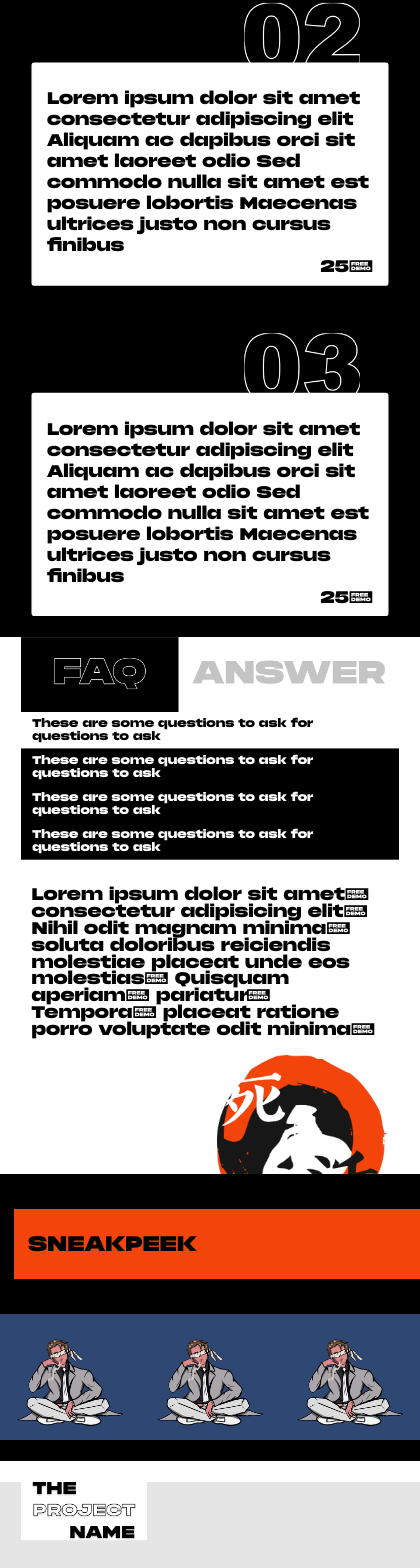
Repository: danishmahmoodawan/Sneakpeak
Page: /
An editor plug-in stored every save of this project. The page is shown before and after a run of saves, followed by the edit.
The browser window is 600 px wide. The pictures show the part of the page from y = 1523 to 3763 px (the page is 3763 px tall before and 3703 px after), at 70% of full size.
The project was rebuilt for these pictures with package versions that can differ from the ones it lists, and the page was loaded fresh each time.

Above is the page before, as saved 2022-02-28 22:43:42.

### public/index.html
<!DOCTYPE html>
<html lang="en">
  <head>
    <meta charset="utf-8" />
    <meta name="viewport" content="width=device-width, initial-scale=1" />
    <link rel="stylesheet" href="https://cdnjs.cloudflare.com/ajax/libs/twitter-bootstrap/4.6.0/css/bootstrap.min.css">
	<link rel="stylesheet" href="https://cdnjs.cloudflare.com/ajax/libs/font-awesome/5.15.4/css/all.min.css">
	<link rel="stylesheet" href="assets/css/style.css">
	<title>SneakPeak</title>
  </head>
  <body>
    <noscript>You need to enable JavaScript to run this app.</noscript>
    <div id="root"></div>
	<script src="https://cdnjs.cloudflare.com/ajax/libs/jquery/3.5.1/jquery.slim.min.js"></script>
	<script src="https://cdnjs.cloudflare.com/ajax/libs/popper.js/1.16.1/umd/popper.min.js"></script>
  <script src="https://cdnjs.cloudflare.com/ajax/libs/twitter-bootstrap/4.6.0/js/bootstrap.min.js"></script>
  <link rel="stylesheet" href="https://fonts.googleapis.com/css2?family=Inter:wght@100;200;300;400;500;600;700;800;900&display=swap"/>
  <link rel="stylesheet" href="https://fonts.googleapis.com/css2?family=VT323:wght@400&display=swap"/>
  </body>
</html>

### src/App.js
import Home from "./pages/Home";

function App() {
  return (
    <div>
      <Home />
    </div>
  );
}

export default App;

### src/pages/Home.js

import { useState, useEffect } from 'react';
function Home() {

  return (
   <>
 <section className="top_section">
            <div className="container">
                <div className="row">
                    <div className="col-12 text-center top_image">
                        <div className="social_div">
                            <img src="assets/images/ICON_INSTA24.png" alt="ICON_INSTA24" className="desktop_image"/>
                            <img src="assets/images/ICON_MEDIUM25.png" alt="ICON_MEDIUM25" className="desktop_image"/>
                            <img src="assets/images/ICON_OS26.png" alt="ICON_OS26" className="desktop_image"/>
                            <img src="assets/images/ICON_TWITTER27.png" alt="ICON_TWITTER27" className="desktop_image"/>
                            <img src="assets/images/ICON_DISCORD28.png" alt="ICON_DISCORD28" className="desktop_image"/>
                        </div>
                    </div>
                </div>
            </div>
        </section>
        <section className="first_section"></section>

        <section className="second_section">
            <div className="container">
                <div className="row d-flex align-items-center justify-content-center">
                    <div className="col-12 col-md-5 left_sec_col img_col">
                        <div className="row">
                          <div className="col-12 right_inner_sec_col row_set_whi">
                                <div className="row">
                                    <div className="col-4 col_white">
                                        <p>PRICE</p>
                                    </div>
                                    <div className="col-8 col_black">
                                        <p>0.15 Ξ</p>
                                    </div>
                                </div>
                                <div className="row">
                                    <div className="col-4 col_white">
                                        <p>TOTAL</p>
                                    </div>
                                    <div className="col-8 col_black">
                                        <p>1125 / 3333</p>
                                    </div>
                                </div>
                                <div className="row">
                                    <div className="col-4 col_white">
                                        <p>LIMIT</p>
                                    </div>
                                    <div className="col-8 col_black">
                                        <p>5 PER TX</p>
                                    </div>
                                </div>
                            </div>
                        </div>

                    </div>
                    <div className="col-12 col-md-2 left_sec_col text-center">
                        <div className="row"><div className="col-12 icon_size p-0"> <a href="#" target={{target:"_blank"}}> <svg xmlns="http://www.w3.org/2000/svg" width="50" height="40" fill="currentColor" className="bi bi-chevron-compact-up" viewBox="0 0 16 16">
  <path fill-rule="evenodd" d="M7.776 5.553a.5.5 0 0 1 .448 0l6 3a.5.5 0 1 1-.448.894L8 6.56 2.224 9.447a.5.5 0 1 1-.448-.894l6-3z"/>
</svg></a></div>
 </div>
                        <div className="row"><div className="col-12 icon_size p-0"><span className="counts"> 5 </span></div> </div>
                        <div className="row"><div className="col-12 icon_size p-0"><a href="#" target={{target:"_blank"}}> <svg xmlns="http://www.w3.org/2000/svg" width="50" height="40" fill="currentColor" className="bi bi-chevron-compact-down" viewBox="0 0 16 16">
  <path fill-rule="evenodd" d="M1.553 6.776a.5.5 0 0 1 .67-.223L8 9.44l5.776-2.888a.5.5 0 1 1 .448.894l-6 3a.5.5 0 0 1-.448 0l-6-3a.5.5 0 0 1-.223-.67z"/>
</svg></a></div>
 </div>
                    </div>
                    <div className="col-12 col-md-2 mintbtns right_col">
                    <button className=" m-2">MINT <br /> NOW</button>
                    </div>
                </div>
            </div>
        </section>

        <section className="third_section roadmapSec">
            <div className="container">
                <div className="row third_row">
                <div className="col-12 "><h1>ROADMAP</h1></div>
                 </div>
                 <div className="row set_map">
                 <div className="col-sm-12 col-md-4">
                 <div className="btn map_one maptwo btn-primary position-relative">
             <p>    Lorem ipsum dolor sit amet consectetur adipiscing elit Aliquam ac dapibus orci sit amet laoreet odio Sed commodo nulla sit amet est posuere lobortis Maecenas ultrices justo non cursus finibus </p>
  <span className="position-absolute top-0 start-100 translate-middle badge rounded-pill set_ict">
  <img src="assets/images/01.png" alt="PREVIEW_Artboard321293" className="desktop122_image" />
  </span>
  <p className="text-right">25%</p>
</div>
                 </div>
                 <div className="col-sm-12 col-md-4">
                 <div className="btn map_one maptwo btn-primary position-relative">
             <p>    Lorem ipsum dolor sit amet consectetur adipiscing elit Aliquam ac dapibus orci sit amet laoreet odio Sed commodo nulla sit amet est posuere lobortis Maecenas ultrices justo non cursus finibus </p>
  <span className="position-absolute top-0 start-100 translate-middle badge rounded-pill set_ict">
  <img src="assets/images/02.png" alt="PREVIEW_Artboard321293" className="desktop122_image" />
  </span>
  <p className="text-right">25%</p>
</div>
                 </div>
                 <div className="col-sm-12 col-md-4">
                 <div className="btn map_one maptwo btn-primary position-relative">
             <p>    Lorem ipsum dolor sit amet consectetur adipiscing elit Aliquam ac dapibus orci sit amet laoreet odio Sed commodo nulla sit amet est posuere lobortis Maecenas ultrices justo non cursus finibus </p>
  <span className="position-absolute top-0 start-100 translate-middle badge rounded-pill set_ict">
  <img src="assets/images/03.png" alt="PREVIEW_Artboard321293" className="desktop122_image" />
  </span>
  <p className="text-right">25%</p>
</div>
                 </div>
                 </div>
             </div>
        </section>
        <section className="forth_section faq_container">
            <div className="container">
            <div className="row">
            <div className="col-5 col-md-4 col_pading faq_col p-5">
            <img src="assets/images/faq.png" alt="PREVIEW_Artboard321293" className="desktop122_image" />
</div>
            <div className="col-7 col-md-8 anser p-5">
            <img src="assets/images/answer.png" alt="PREVIEW_Artboard321293" className="desktop122_image" />
            </div>
            </div>



<div className="row">
<div className="col-md-4 bg_link faq_tabss p-0">

    <ul className="nav md-pills pills-secondary d-flex flex-column">
      <li className="nav-item">
        <a className="nav-link active" data-toggle="tab" href="#panel11" role="tab">These are some questions to ask for questions to ask</a>
      </li>
      <li className="nav-item">
        <a className="nav-link" data-toggle="tab" href="#panel12" role="tab">These are some questions to ask for questions to ask</a>
      </li>
      <li className="nav-item">
        <a className="nav-link" data-toggle="tab" href="#panel13" role="tab">These are some questions to ask for questions to ask</a>
      </li>
      <li className="nav-item">
        <a className="nav-link" data-toggle="tab" href="#panel14" role="tab">These are some questions to ask for questions to ask</a>
      </li>
    </ul>

  </div>
  <div className="col-md-8 logo_ns">

    <div className="tab-content pt-0">

      <div className="tab-pane fade in show active" id="panel11" role="tabpanel">
        <br />

        <p>Lorem ipsum dolor sit amet, consectetur adipisicing elit. Nihil odit magnam minima, soluta doloribus
          reiciendis molestiae placeat unde eos molestias. Quisquam aperiam, pariatur. Tempora, placeat ratione
          porro voluptate odit minima.</p>
          <img src="assets/images/logo_set.png" alt="LOGO" className="desktop122_image" />


      </div>
      <div className="tab-pane fade" id="panel12" role="tabpanel">
        <br />

        <p>Lorem ipsum dolor sit amet, consectetur adipisicing elit. Nihil odit magnam minima, soluta doloribus
          reiciendis molestiae placeat unde eos molestias. Quisquam aperiam, pariatur. Tempora, placeat ratione
          porro voluptate odit minima.</p>
        <p>Lorem ipsum dolor sit amet, consectetur adipisicing elit. Nihil odit magnam minima, soluta doloribus
          reiciendis molestiae placeat unde eos molestias. Quisquam aperiam, pariatur. Tempora, placeat ratione
          porro voluptate odit minima.</p>

      </div>
      <div className="tab-pane fade" id="panel13" role="tabpanel">
        <br />

        <p>Lorem ipsum dolor sit amet, consectetur adipisicing elit. Nihil odit magnam minima, soluta doloribus
          reiciendis molestiae placeat unde eos molestias. Quisquam aperiam, pariatur. Tempora, placeat ratione
          porro voluptate odit minima.</p>
          <img src="assets/images/logo_set.png" alt="LOGO" className="desktop122_image" />


      </div>
      <div className="tab-pane fade" id="panel14" role="tabpanel">
        <br />

        <p>Lorem ipsum dolor sit amet, consectetur adipisicing elit. Nihil odit magnam minima, soluta doloribus
          reiciendis molestiae placeat unde eos molestias. Quisquam aperiam, pariatur. Tempora, placeat ratione
          porro voluptate odit minima.</p>
        <p>Lorem ipsum dolor sit amet, consectetur adipisicing elit. Nihil odit magnam minima, soluta doloribus
          reiciendis molestiae placeat unde eos molestias. Quisquam aperiam, pariatur. Tempora, placeat ratione
          porro voluptate odit minima.</p>

      </div>


    </div>


</div>

</div>
</div>


        </section>

        <section className="fifth_section">
            <div className="container-fluid fifth_container">
            <div className="row"><div className="col-12">
                <h2 className="road_map">SNEAKPEEK</h2>
            </div></div></div>
        </section>
        <section className="six_section">
            <div className="container-fluid">
            <div className="row">
            <div className="col-4">
            <img src="assets/images/char_img.png" alt="char_img" className="desktop122_image" />
            </div>
            <div className="col-4">
            <img src="assets/images/char_img.png" alt="char_img" className="desktop122_image" />
            </div>
            <div className="col-4">
            <img src="assets/images/char_img.png" alt="char_img" className="desktop122_image" />
            </div>

            </div>
            </div>
        </section>
        <section>
        <div className="row">
            <div className="col-12">
            <div className="empty_div"> </div>
            </div>
            <div className="col-12">
            <div className="empty_divs"> </div>
            </div>
            </div>
        </section>
        <section className="section_seven">
        <div className="container">
        <div className="row">
            <div className="col-4 col_whites ">
            <img src="assets/images/project_name.png" alt="char_img" className="desktop122_image" />
            </div>
            </div>
            </div>
        </section>

	</>
  );
}

export default Home;

### public/assets/css/style.css
html {
  font-family: Inter;
  font-size: 16px;
}
body{
  overflow-x: hidden;
}
@font-face {
  font-family: 'Phonk-cont';
  src: url('../fonts/Phonk-ContrastDEMO.ttf');
}
@font-face {
  font-family: 'Phonk-regular';
  src: url('../fonts/Phonk-ReguularDEMO.ttf');
}
body {
  font-weight: 400;
  font-style:normal;
  text-decoration: none;
  text-transform: none;
  letter-spacing: normal;
  line-height: 1.15;
  color: var(--dl-color-gray-black);
  background-color: var(--dl-color-gray-white);
}
p{
  margin-bottom: 0px;
  font-family: Phonk-cont;
  font-size: 24px;
  font-style: normal;
  font-weight: 400;
  line-height: 24px;
  letter-spacing: 0em;
  text-align: left;
  color:#FFF
}
h2{
  font-family: 'Phonk-cont';
  font-style: normal;
  font-weight: normal;
  font-size: 72px;
  line-height: 72px;
  color: #FFFFFF;
  text-align: center;
  margin-bottom: 0;
}
:root {
  --dl-color-gray-500: #595959;
  --dl-color-gray-700: #999999;
  --dl-color-gray-900: #D9D9D9;
  --dl-size-size-large: 144px;
  --dl-size-size-small: 48px;
  --dl-color-danger-300: #A22020;
  --dl-color-danger-500: #BF2626;
  --dl-color-danger-700: #E14747;
  --dl-color-gray-black: #000000;
  --dl-color-gray-white: #FFFFFF;
  --dl-size-size-medium: 96px;
  --dl-size-size-xlarge: 192px;
  --dl-size-size-xsmall: 16px;
  --dl-space-space-unit: 16px;
  --dl-color-primary-100: #003EB3;
  --dl-color-primary-300: #0074F0;
  --dl-color-primary-500: #14A9FF;
  --dl-color-primary-700: #85DCFF;
  --dl-color-success-300: #199033;
  --dl-color-success-500: #32A94C;
  --dl-color-success-700: #4CC366;
  --dl-size-size-xxlarge: 288px;
  --dl-size-size-maxwidth: 1400px;
  --dl-radius-radius-round: 50%;
  --dl-space-space-halfunit: 8px;
  --dl-space-space-sixunits: 96px;
  --dl-space-space-twounits: 32px;
  --dl-radius-radius-radius2: 2px;
  --dl-radius-radius-radius4: 4px;
  --dl-radius-radius-radius8: 8px;
  --dl-space-space-fiveunits: 80px;
  --dl-space-space-fourunits: 64px;
  --dl-space-space-threeunits: 48px;
  --dl-space-space-oneandhalfunits: 24px;
}

.desktop122_image{
  width: 100%;
}
/* css start */
.top_section{
  background-color: #222222;
  padding: 10px;
}
.empty_div{
height: 30px;
background: #000;
}
.empty_divs{
height: 30px;
background: white;
}
.section_seven{
background:#E5E5E5;
padding-bottom: 40px;
}
.col_whites{
background: white;
}
.col_white img{
  margin-top: -15px;
}
.top_content .button{
  font-family: VT323;
  font-style: normal;
  font-weight: normal;
  font-size: 16px;
  line-height: 16px;
  color: #222222;
}
.first_section{
  background-image: url('images/banner_home.png');
  background-repeat: no-repeat;
  background-size: cover;
  height: 100vh;
  background-position: center;
}
.second_section{
  background-image: url('images/aksc.png');
    background-repeat: no-repeat;
    background-size: inherit;
    background-position: center;
    margin: -30px;
    width: 100%;
}
.third_row h1{
  font-family: Phonk-cont;
  font-style: normal;
  font-weight: 600;
  font-size: 100px;
  text-align: center;
  color: white;
}
.col_white p{
  color: #fff;
  padding: 8px 0;
  text-align: center;
}

.col_black p{
  color: #F3440B;
  padding: 8px 0;
  text-align: right;
}
.img_col{
  padding: 32px 20px !important;
}
.mintbtns button{
  background: #F3440B;
border-radius: 10px;
color: white;
padding: 44px 25px;
font-family: Phonk-cont;
font-weight: 600;
font-size: 36px;
line-height: 46px;
border-color: #F3440B;
}
.mintbtns button:hover{
  background: #bc350a;
}
.counts{
  font-family: Phonk-cont;
  font-style: normal;
  font-weight: 600;
  font-size: 55px;
  color: white;
}
.icon_size{
color: white;
}
.icon_size a{
  color: white;
}
.icon_size a:hover{
  color: #F3440B;
}
.second_section .row{
  align-items: center;
}
.left_sec_col{
  background-color: #000;
  padding: 20px 15px;
  border-radius: 10px;
  margin-left: 10px;
  margin-right: 10px;
}

.pluss_minus_row{
  padding: 40px;
}
.second_section a.button{
  background: linear-gradient(90.9deg, #35A9AD 0%, #9D4DB1 100%);
  color: #FFF;
  font-family: VT323;
  display: block;
  text-decoration: none;
  max-width: 370px;
  margin: 0 auto;
  margin-top: 30px;
  cursor: pointer;
}
.map_one{
  background: #444444;
  border: 2px solid #FFFFFF;
box-sizing: border-box;
padding: 35px 20px 10px 20px;
margin-top: 16%;
}
.roadmapSec{
padding: 5% 0;
}
.maptwo{
  background: white;
}
.maptwo p{
  color: #000;
}
.forth_section img{
width: 80%;
}
.map_one p{
  line-height: 30px;
}
.maptwo .badge{
top: -118px !important;
}
.maptwo img{
  width: 82%;
}
.map_one .badge{
  top: -90px;
  right: -19px;

}
.set_ict{
  font-family: Phonk-cont;
  font-style: normal;
  font-weight: 600;
  font-size: 100px;
  text-align: center;
  color: white;
}
.map_one:hover{
  background: #444444;
  border: 2px solid #FFFFFF;
}
.maptwo:hover{
  background: white;
}
.map_one:active, .map_one:focus{
  background-color: #444444 !important;
  box-shadow: none !important;
  border-color: #fff !important;
}
.map_two:active, .map_two:focus{
  background-color: white !important;
  box-shadow: none !important;
  border-color: #fff !important;
}
.map_one:not(:disabled):not(.disabled){
  cursor: auto;
}
p.sol{
  color: rgba(34, 34, 34, 0.5);
  text-align: center;
  padding-top: 8px;
}
.third_section{
  background-color: black;
  padding-top: 7%;
}
.faq_container{
  background: white;
}
.faq_container h2{
  padding: 0 30px;

}
.faq_col{
background: black;
display: block;
text-align: center;
}
.bg_link{
  background: black;
}

.forth_left_col{
  background-color: #222222;
}
.forth_section p{
  margin: 20px 0;
  color: black;
}
.logo_ns img{
width: 50%;
float: right;
}
.forth_left_col p{
  background-color: #111111;
  color: #FFF;
  padding: 10px 20px;
}
.forth_right_col{
  padding-left: 100px;
}
.forth_right_col p{
  color: #111111;
}
.fifth_section{
  background: black;
  padding: 50px 0;
}
.fifth_section .container:not(:last-child) {
  background: #C4C4C4;
  max-width: 900px;
  margin: 0 auto;
  padding: 50px 30px 100px;
}

.fifth_section h2.road_map{
  font-size: 120px;
  line-height: 60px;
color:black;
text-align: left;
}
.fifth_section p{
  color: #111111;
}
.fifth_container{
background: #F3440B;
padding: 20px;
}
.six_section{
background: #2f4773;
}
.fifth_left_col{
  background-color: #FFF;
  border-right: 8px solid rgba(17, 17, 17, 0.5);
  border-bottom: 8px solid rgba(17, 17, 17, 0.5);
}
.fifth_left_col h2{
  font-size: 100px;
  line-height: 100px;
  color: #000000;
  padding: 20px;
}
.fifth_last_row .fifth_left_col{
  background: linear-gradient(90.9deg, #35A9AD 0%, #9D4DB1 100%);
  border-right: 8px solid rgba(255, 255, 255, 0.5);
  border-bottom: 8px solid rgba(255, 255, 255, 0.5);
}
.fifth_last_row .fifth_left_col h2{
  color: #FFF;
}
.logo_container{
  background-color: #FFF;
}
/* FAQ Start */
.faq_tabss a{
color: white;
font-family: Phonk-cont;
}
.faq_tabss .active{
background: white;
color: black;
}
/* FAQ STart */
/* media query */
@media only screen and (min-width: 1025px) {

}
@media only screen and (max-width: 1024px) and (min-width: 992px) {

  .first_section{
    height: 26vh;
    background-size: contain;
  }
  .right_third_col{
    background-size: cover;
  }
}

@media only screen and (max-width: 992px) and (min-width: 768px) {
  .first_section{
    height: 26vh;
  }
  .pluss_minus_row{
    padding: 25px;
  }
  .col_white p ,.col_black p{
    font-size: 18px;
  }
  .right_third_col{
    background-size: cover;
  }
}
@media only screen and (max-width: 767px) {
  h2{
    font-size: 36px;
    line-height: 42px;
  }
  .third_row h1, .fifth_section h2.road_map{
    font-size: 30px;
  }
  .right_col {
text-align: center;
  }
  .left_sec_col{
    border-radius: 0;
  }
  .map_one{
    margin-top: 30%;
  }
  .first_section {
    background-size: cover;
    height: 25vh;
  }
  .top_section .col-6{
padding: 0;
  }
  .right_sec_col{
    padding-top: 30px;
  }
  .second_section{
    margin: 0;
  }
  .row_set_whi{
    margin: 10px 0;
  }
  .col_pading{
padding: 30px !important;
  }
  .anser{
    padding: 33px 20px !important;
  }
  .anser img{
width: 100% !important;
  }
  .right_third_col .container{
    position: initial
  }
  .right_third_col .container .row{
    margin-top: 20px;
  }
  .right_third_col a{
    margin-bottom: 10px;
  }
  .forth_right_col{
    padding: 0 15px ;
  }

  .fifth_section{
padding-left: 20px;
  }
  body, html{
    overflow-x: hidden;
  }
}

@media only screen and (max-width: 767px) and (min-width: 540px) {
  .first_section{
    height: 33vh;
    background-size:  cover;
  }
}

Loaded but not shown: src/index.js (common file); src/index.css (common file); src/reportWebVitals.js (common file)

After the next 2 saves:
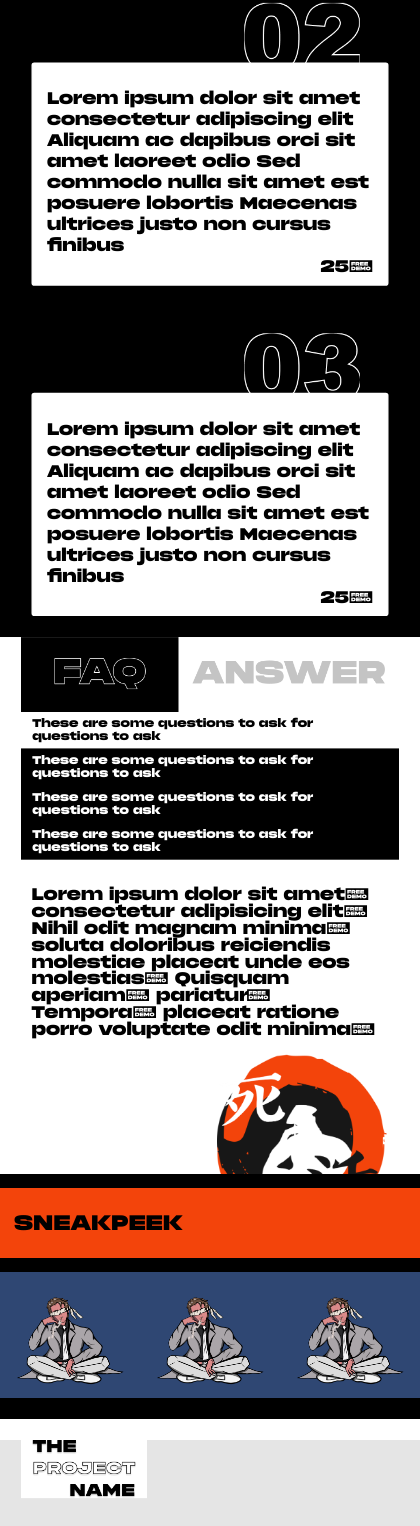
The 2 saves are shown as one change because they came seconds apart.
The last was saved 15 s later.
--- a/public/assets/css/style.css
+++ b/public/assets/css/style.css
@@ -459,7 +459,7 @@ width: 100% !important;
   }
 
   .fifth_section{
-padding-left: 20px;
+padding: 20px 0;
   }
   body, html{
     overflow-x: hidden;
